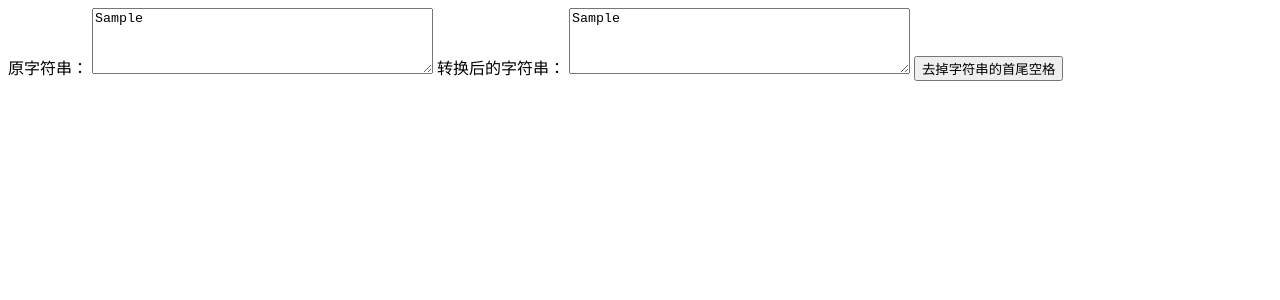
Repository: bookFireFly/bookFireFly
Page: JavaScriptMingriBook/Main/36replace-split.html
The author's editor kept a copy of each file at every save. The page is drawn from the files as they stood at one save, then again after the next save.
The browser window is 1280 px wide. The pictures show the whole page.
Empty fields were first filled with sample values (such as "Sample", 5 or name@example.com).
After loading, the first visible `input` was clicked once.

Above is the page before, as saved 2017-10-19 14:26:52.

### JavaScriptMingriBook/Main/36replace-split.html
<!DOCTYPE html>
<html>
<head>
<meta charset="UTF-8">
<title>Insert title here</title>
</head>
<body>
<form name="form1" id="form1" method="post" action="">
原字符串：
<textarea name="oldString" rows="4" cols="40"></textarea>
转换后的字符串：
<textarea name="newString" rows="4" cols="40"></textarea>
<input name="Button" type="button" value="去掉字符串的首尾空格" onclick="trim()">
</form>
<script type="text/javascript">
function trim(){
	var str=form1.oldString.value;
	if (str==""){
		alert("请输入原字符串");form1.oldString.focus();return;
	}else{
		var objExp=/(^\s*)|(\s*$)/g;
		str=str.replace(objExp,"");
	}
	form1.newString.value=str;
// 	document.write(str);
}
</script>
</body>
</html>

After the next save:
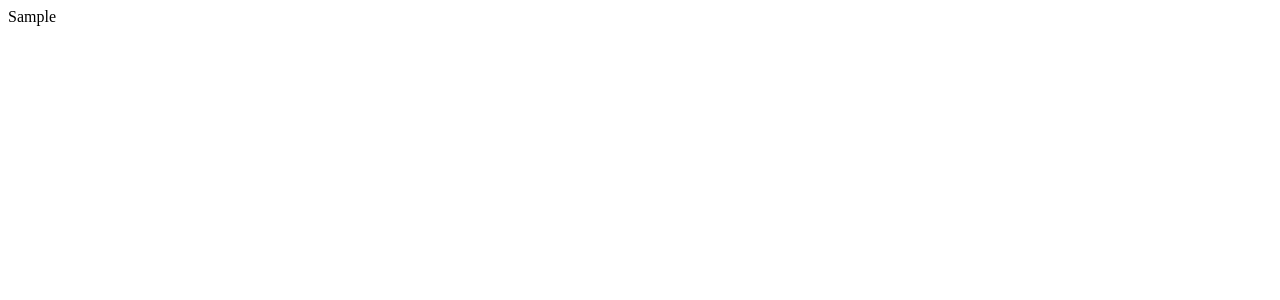
Saved 41 s later.
--- a/JavaScriptMingriBook/Main/36replace-split.html
+++ b/JavaScriptMingriBook/Main/36replace-split.html
@@ -22,7 +22,7 @@
 		str=str.replace(objExp,"");
 	}
 	form1.newString.value=str;
-// 	document.write(str);
+	document.write(str);
 }
 </script>
 </body>

After the save that followed:
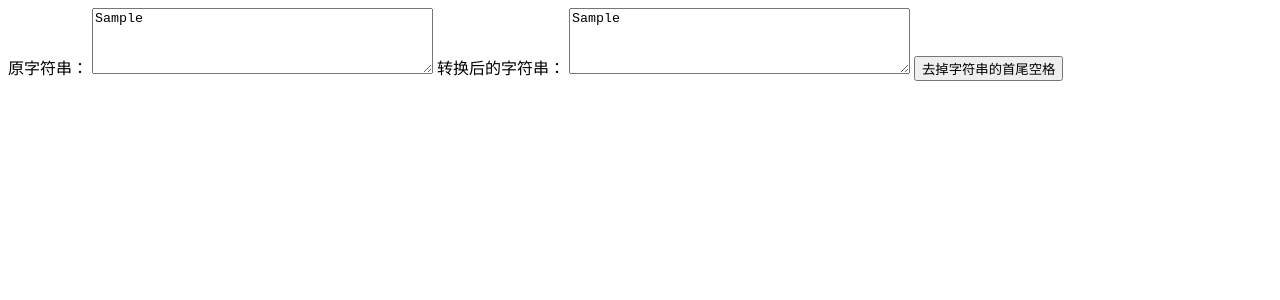
Saved 74 s later.
--- a/JavaScriptMingriBook/Main/36replace-split.html
+++ b/JavaScriptMingriBook/Main/36replace-split.html
@@ -22,7 +22,7 @@
 		str=str.replace(objExp,"");
 	}
 	form1.newString.value=str;
-	document.write(str);
+// 	document.write(str);
 }
 </script>
 </body>
